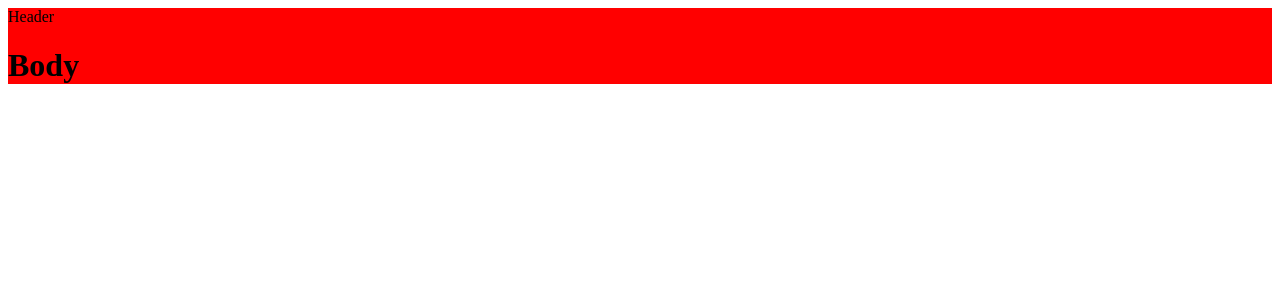
Repository: mememein/samurai_HTML-CSS
Page: index.html
The author's editor kept a record of every edit. The page is drawn from the files as they stood at one moment, then again after the next edit.
The browser window is 1280 px wide. The pictures show the whole page.

Above is the page before.

### index.html
<html lang="ja">
    <head>
        <meta charset="UTF-8">
        <style>
            header {
                background-color: red;
            }

            footer {
                background-color: blue;
            }

            .size {
                top: 200px;
            }
        </style>
    </head>
    <body>
        <header>
            Header
        </div>
        <h1 class="size">Body</h1>
    </body>
</html>

After the next edit:
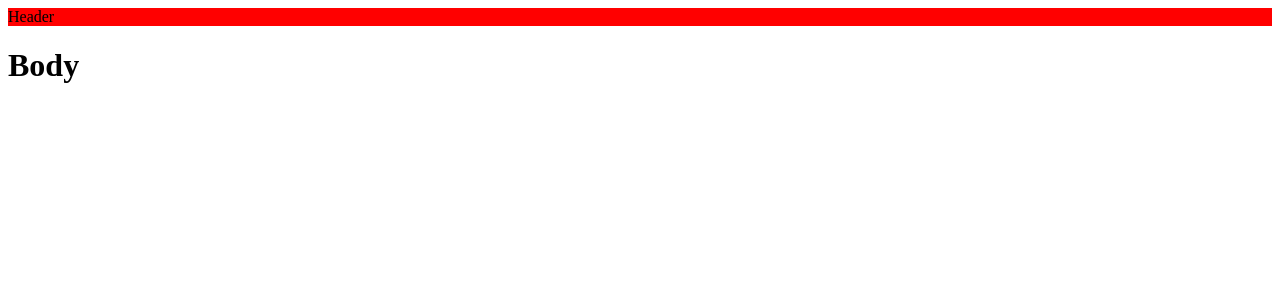
The edit:
--- a/index.html
+++ b/index.html
@@ -18,7 +18,9 @@
     <body>
         <header>
             Header
-        </div>
-        <h1 class="size">Body</h1>
+        </header>
+        <h1 class="size">
+            Body
+        </h1>
     </body>
 </html>
